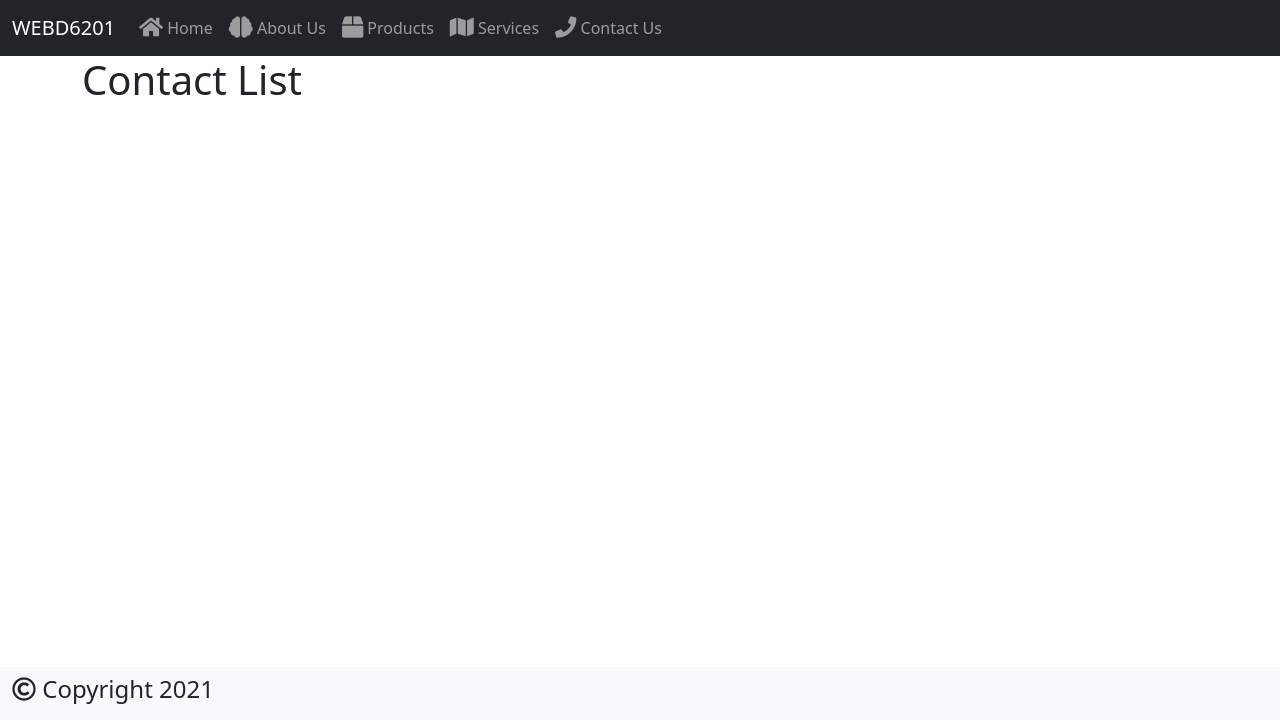
Repository: AshokSasi/WEBD6201-Week3
Page: contact-list.html
The author's editor kept a copy of each file at every save. The page is drawn from the files as they stood at one save, then again after the next save.
The browser window is 1280 px wide. The pictures show the whole page.

Above is the page before, as saved 2021-01-28 10:28:39.

### contact-list.html
<!DOCTYPE html>
<html lang="en">
<head>
    <meta charset="UTF-8">
    <meta name="viewport" content="width=device-width, initial-scale=1.0">
    <title>Contact-List</title>
    <!-- CSS Section-->
    <link rel="stylesheet" href="./Content/app.css">
    <link rel="stylesheet" href="./node_modules/bootstrap/dist/css/bootstrap.min.css">
    <link rel="stylesheet" href="./node_modules/@fortawesome/fontawesome-free/css/all.min.css">
</head>
<body>
  <!-- Main Header -->
    <header>
      <!--main navbar-->
        <nav class="navbar navbar-expand-lg navbar-dark bg-dark">
            <div class="container-fluid">
              <a class="navbar-brand" href="index.html">WEBD6201</a>
              <button class="navbar-toggler" type="button" data-bs-toggle="collapse" data-bs-target="#navbarSupportedContent" aria-controls="navbarSupportedContent" aria-expanded="false" aria-label="Toggle navigation">
                <span class="navbar-toggler-icon"></span>
              </button>
              <div class="collapse navbar-collapse" id="navbarSupportedContent">
                <ul class="navbar-nav me-auto mb-2 mb-lg-0">
                  <li class="nav-item">
                    <a class="nav-link" aria-current="page" href="index.html"><i class="fas fa-home fa-lg"></i> Home</a>
                  </li>
                  <li class="nav-item">
                    <a class="nav-link" aria-current="page" href="about.html"><i class="fas fa-brain fa-lg"></i> About Us</a>
                  </li>
                  <li class="nav-item">
                    <a class="nav-link" aria-current="page" href="products.html"><i class="fas fa-box fa-lg"></i> Products</a>
                  </li>
                  <li class="nav-item">
                    <a class="nav-link" aria-current="page" href="services.html"><i class="fas fa-map fa-lg"></i> Services</a>
                  </li>
                  <li class="nav-item">
                    <a class="nav-link" aria-current="page" href="contact.html"><i class="fas fa-phone fa-lg"></i> Contact Us</a>
                  </li>
                </ul>

              </div>
            </div>
          </nav>
    </header>

    <!-- Main Content-->
    <main class="container">
        <h1>Contact List</h1>


    </main>

    <!--Main Footer Nav -->
    <footer>
        <nav class="navbar fixed-bottom navbar-light bg-light">
            <div class="container-fluid">
              <h4><i class="far fa-copyright"></i> Copyright 2021</h4>
            </div>
          </nav>
    </footer>

    <!--Javascript section-->
    <script src="./Scripts/contact.js"></script>
    <script src="./Scripts/app.js"></script>
    <script src="./node_modules/jquery/dist/jquery.min.js"></script>

    <script src="./node_modules/bootstrap/dist/js/bootstrap.bundle.min.js"></script>
</body>
</html>

### Scripts/contact.js
"use strict";
class Contact
{
    //getters and setters
    get FullName()
    {
      return this.m_fullName;
    }
    set FullName(value)
    {
      this.m_fullName = value;
    }
    //get/set contact number
    get ContactNumber()
    {
      return this.m_contactNumber;
    }
    set ContactNumber(value)
    {
      this.m_contactNumber = value;
    }
    //get/set email
    get EmailAddress()
    {
      return this.m_emailAddress;
    }
    set EmailAddress(value)
    {
      this.m_emailAddress = value;
    }

    //Constructor
    /**
     * Contact Class Constructor
     *
     * @param {string} [fullName=""] the user's full name
     * @param {string} [contactNumber=""] The user's contact number
     * @param {string} [emailAddress=""] The user's email address
     * @memberof Contact
     */
    constructor(fullName = "", contactNumber = "", emailAddress = "") {
      this.m_fullName = fullName;
      this.m_contactNumber = contactNumber;
      this.m_emailAddress = emailAddress;
    }

    //Methods

   /**
    *This method overrides the built in toString method for the Contact class
    *
    * @return {string}
    *
    */
   toString()
   {
     return `Full Name     : ${this.m_fullName} \nContact Number: ${this.m_contactNumber}\nEmail Address : ${this.m_emailAddress}`;
   }

   /**
    * This method returns a JSON object made up of the properties of the Contact class
    *
    * @returns {Object}
    */
   toJSON()
   {
     return {
       "fullName": this.fullName,
       "contactNumber": this.contactNumber,
       "emailAddress": this.emailAddress
     }
   }

   /**
    *This Method converts the Contact into a comma separated value string
    *
    * @return {string}
    *
    */
   serialize()
    {
      if(fullName.value!== "" && contactNumber.value !== "" && emailAddress.value !== "")
      {
      return `${this.m_fullName},${this.m_contactNumber},${this.m_emailAddress}`;
      }
      else
      {
        console.error("One or more properties of the Contact is empty");
        return null;
      }
    }

    /**
     *This method takes a comma separated data string and assigns the values to the Contact class properties
     *
     * @param {string} data
     * @returns {void}
     */
    deserialize(data)
    {
      let propertyArray = data.split(",");
      this.firstName = propertyArray[0];
      this.contactNumber = propertyArray[1];
      this.emailAddress = propertyArray[2];
    }

  }

### Scripts/app.js

//IIFE Immediately Function Expression
//AKA - Anonymous Self- Executing Function
//Closure - Limits scop leak

"use strict";

let myContact =
{
  "fullName":"Tom Smith",
  "contactNumber":"5647891234",
  "emailAddress":"tom@example.com",
  "saysHello": function()
  {
    console.log(`${fullName} says Hello!`);
  },
  "someOtherObject":
  {
    "friendsList" : [
      "Peter Parker", "Tony Stark", "Stephen Strange"
    ]
  }
};

(function()
{
    function displayHome()
    {
        let paragraphOneText =
          "This is a simple site to demonstrate DOM manipulation for ICE 1";

        let paragraphOneElement = document.getElementById("paragraphOne");

        paragraphOneElement.textContent = paragraphOneText;
        paragraphOneElement.className = "fs-5";

        // Step 1: document.createElement
        let newParagraph = document.createElement("p");
        // Step 2: Configure the element
        newParagraph.setAttribute("id", "paragraphTwo");
        newParagraph.textContent = "... And this is paragraph two";
        // Step 3: Select the parent element
        let mainContent = document.getElementsByTagName("main")[0];
        // Step4: Add/Insert the element
        mainContent.appendChild(newParagraph);

        newParagraph.className = "fs-6";

        //another way of injecting content
        let paragraphDiv = document.createElement("div");
        let paragraphThree = `<p id="paragraphThree" class="fs-7 fw-bold">And this is the third paragraph</p>`;
        paragraphDiv.innerHTML = paragraphThree;

        //example of inserting before a node.
        //  newParagraph.before(paragraphDiv)

        //example of inserting after a node.
        newParagraph.after(paragraphDiv);

        //delete elements
        //paragraphOneElement.remove();

        //example of remove child
        mainContent.removeChild(paragraphOneElement);

        //update / modification
        // mainContent.firstElementChild.textContent = "Welcome Home";

        mainContent.innerHTML = `<h1 id="firstHeading">Welcome to WEBD6201 - ICE 1</h1>
     <p id="paragraphOne" class="fs-3 fw-bold">This is my first paragraph</p>
     `;

    }

    function displayAbout()
    {

    }

    function displayProducts()
    {

    }

    function displayServices()
    {

    }

    function displayContact()
    {
        let messageArea = document.getElementById("messageArea");
        messageArea.hidden = true;

        //form validation
        let fullName = document.getElementById("fullName");
        fullName.addEventListener("blur", function(){

            if(fullName.value.length <= 2)
            {
                fullName.focus();
                fullName.select();
                messageArea.hidden = false;
                messageArea.className = "alert alert-danger";
                messageArea.textContent = "Full Name must be greater than 2 characters"
            }
            else
            {
                messageArea.removeAttribute("class");
                messageArea.hidden = true;
            }

        });

        let sendButton = document.getElementById("sendButton");
        sendButton.addEventListener("click", function(event){
           //event.preventDefault();



          let contact = new Contact(fullName.value, contactNumber.value, emailAddress.value);

          if(contact.serialize() !== null)
          {
            localStorage.setItem((localStorage.length + 1).toString(), contact.serialize());
          }


        });
    }

    function displayContactList()
    {

    }

    function Start()
    {
        console.log("App started ...");
        console.log(document.title);
        switch (document.title)
        {
          case "Home":
              displayHome();
            break;
          case "About":
              displayAbout();
            break;
          case "Products":
              displayProducts();
            break;
          case "Services":
              displayServices();
            break;
          case "Contact Us":
              displayContact();
            break;
            case "Contact-List":
              displayContactList();
            break;
        }


    }
    window.addEventListener("load", Start);
})();

Loaded but not shown: node_modules/bootstrap/dist/css/bootstrap.min.css (library); node_modules/@fortawesome/fontawesome-free/css/all.min.css (library); node_modules/jquery/dist/jquery.min.js (library); node_modules/bootstrap/dist/js/bootstrap.bundle.min.js (library); Content/app.css (no stored copy; drawn as an empty file)

After the next save:
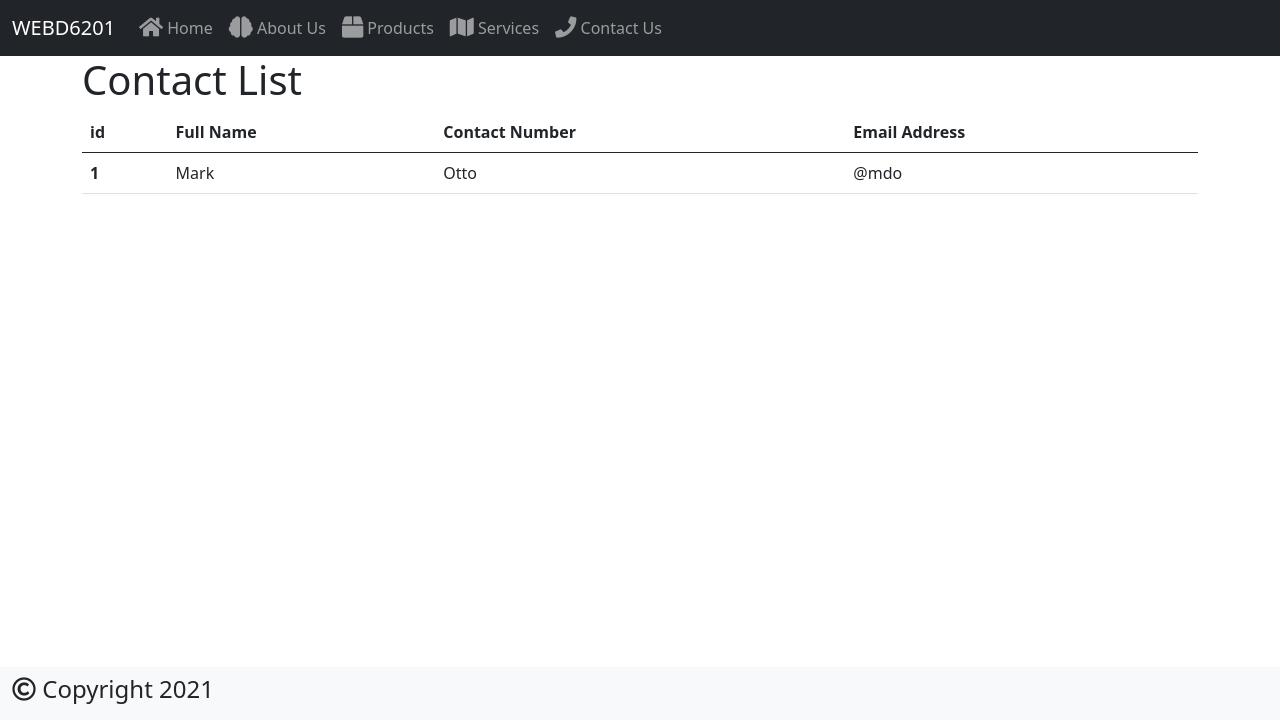
Saved 2 min 54 s later.
--- a/contact-list.html
+++ b/contact-list.html
@@ -47,6 +47,28 @@
     <main class="container">
         <h1>Contact List</h1>
 
+        <div class="row">
+            <div class="col">
+                <table class="table">
+                    <thead>
+                      <tr>
+                        <th scope="col">id</th>
+                        <th scope="col">Full Name</th>
+                        <th scope="col">Contact Number</th>
+                        <th scope="col">Email Address</th>
+                      </tr>
+                    </thead>
+                    <tbody>
+                      <tr>
+                        <th scope="row">1</th>
+                        <td>Mark</td>
+                        <td>Otto</td>
+                        <td>@mdo</td>
+                      </tr>
+                    </tbody>
+                  </table>
+            </div>
+        </div>
 
     </main>
 
